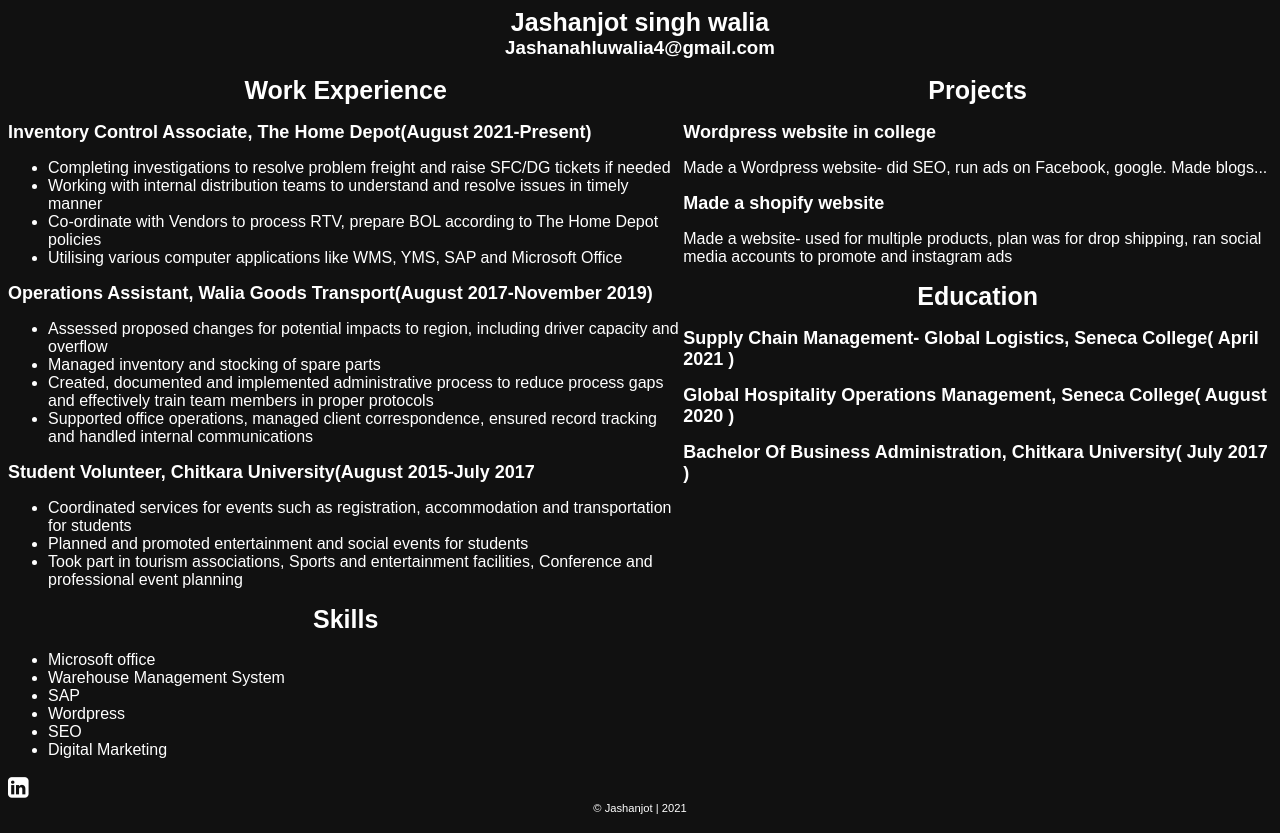
Repository: jashn13/portfolio
Page: index.html
The author's editor kept a copy of each file at every save. The page is drawn from the files as they stood at one save, then again after a run of saves.
The browser window is 1280 px wide. The pictures show the whole page.

Above is the page before, as saved 2021-11-13 08:34:20.

After the next 2 saves:
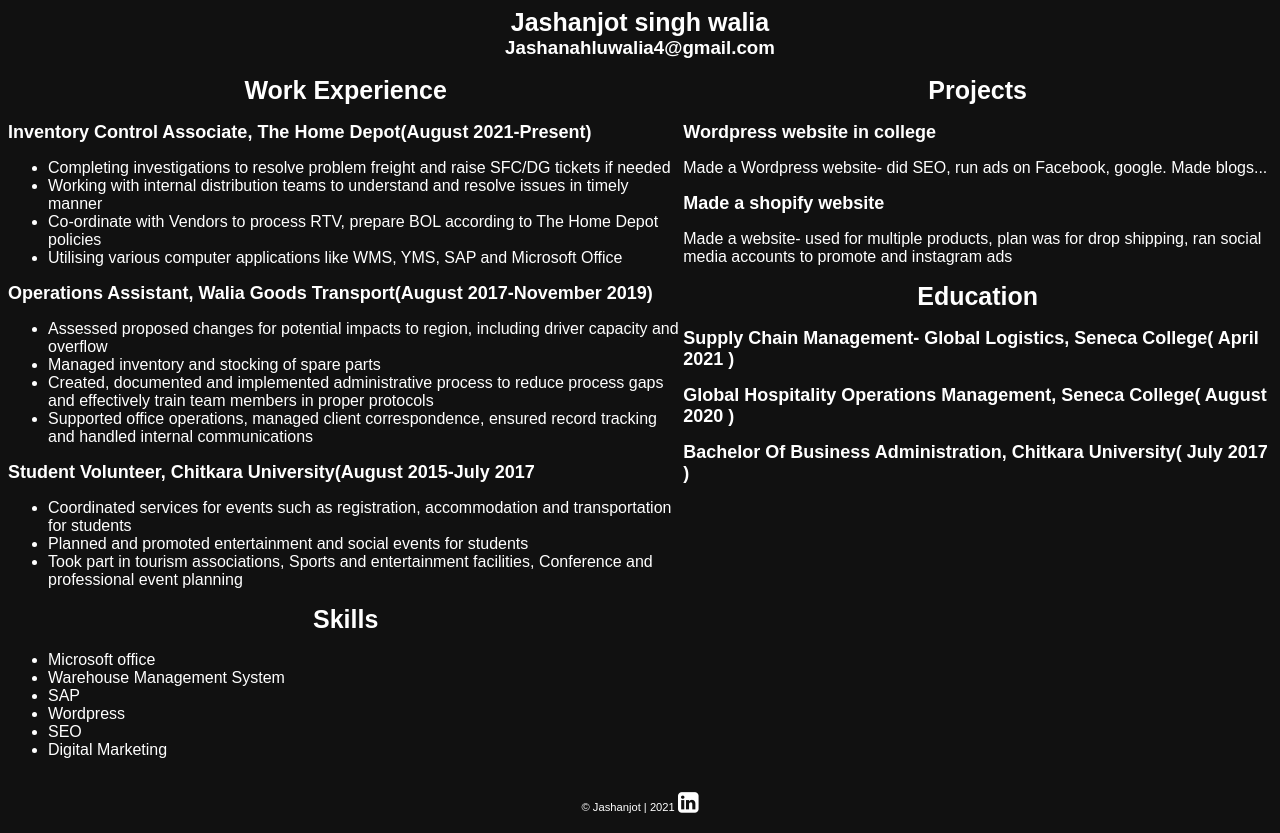
The 2 saves are shown as one change because they came seconds apart.
The last was saved 22 s later.
--- a/index.html
+++ b/index.html
@@ -34,7 +34,7 @@
       }
       footer {
         position: relative;
-        display: flex;
+
         height: 50px;
         width: 100%;
       }
@@ -147,8 +147,10 @@
       </div>
     </div>
     <footer>
-      <p class="copyright">© Jashanjot | 2021</p>
-      <i class="fa fa-linkedin-square" style="font-size:24px"></i>
+      <p class="copyright">
+        © Jashanjot | 2021
+        <i class="fa fa-linkedin-square" style="font-size:24px"></i>
+      </p>
     </footer>
   </body>
 </html>
